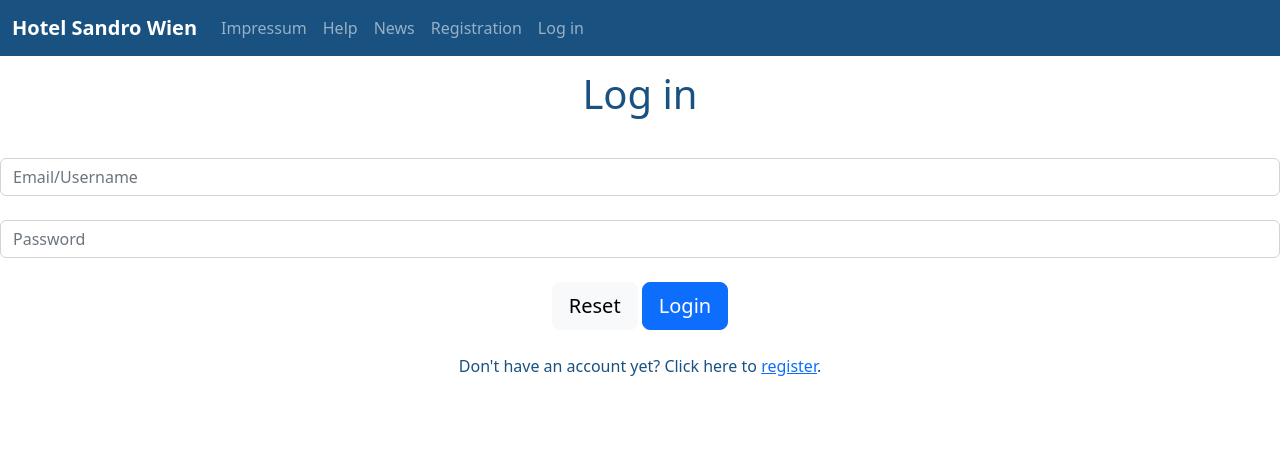
Repository: TIS0N/Hotel_Sandro
Page: http://localhost/pages/login.php
These files come from the project's save history. The page is drawn as it stood at one moment and after the next save; the edit follows.
The browser window is 1280 px wide. The pictures show the whole page.
The page is run by PHP 8.4 with error messages shown; the project is at /var/www/html/.

Above is the page before, as saved 2023-01-15 23:48:56.

### pages/login.php
<!DOCTYPE html>
<html lang="en">
<head>
    <meta charset="UTF-8">
    <meta http-equiv="X-UA-Compatible" content="IE=edge">
    <meta name="viewport" content="width=device-width, initial-scale=1.0">
    <link href="https://cdn.jsdelivr.net/npm/bootstrap@5.2.2/dist/css/bootstrap.min.css" rel="stylesheet" integrity="sha384-Zenh87qX5JnK2Jl0vWa8Ck2rdkQ2Bzep5IDxbcnCeuOxjzrPF/et3URy9Bv1WTRi" crossorigin="anonymous">
    <script src="https://cdn.jsdelivr.net/npm/bootstrap@5.2.2/dist/js/bootstrap.bundle.min.js" integrity="sha384-OERcA2EqjJCMA+/3y+gxIOqMEjwtxJY7qPCqsdltbNJuaOe923+mo//f6V8Qbsw3" crossorigin="anonymous"></script>
    <link rel="stylesheet" href="../res/css/stylesheet.css">
    <title>Hotel Sandro Wien - Log In</title>
</head>
<body id="body">

<?php
include "../inc/navigation.php";
?>
    <section class="login-form">
        <h1>Log in</h1><br>
        <form role="form" action="../inc/login.inc.php" method="post">
            <h5 class="text-center"></h5>
            <input type="username" class="form-control" name="usersUid" placeholder="Email/Username"></br>
            <input type="password" class="form-control" name="pwd" placeholder="Password"><br>
            <button class="btn btn-lg btn-light btn-block" type="reset" name="reset">Reset</button>
            <button class="btn btn-lg btn-primary btn-block" type="submit" name="submit">Login</button>
        </form>

        <?php
            if(isset($_GET["error"])){
                if($_GET["error"] == "emptyinput"){
                    echo "<p>Fill in all fields</p>";
                }
                else if($_GET["error"] == "wronglogin"){
                    echo "<p>Incorrect login information!</p>";
                }
            }
        ?>

        <br><p>Don't have an account yet? Click here to <a href="registration.php">register</a>.</p>

    </section>

<?php
include "footer.php";
?>

</body>
</html>

### inc/navigation.php
<?php
    if(file_exists("./index.php")){
        $includePath = ".";
    }
    else{
        $includePath = "..";
    }

    include_once "$includePath/config/dbaccess.php";
?>

<div id="navBar">
        <nav class="navbar fixed-top navbar-expand-lg navbar-dark" style="background-color: #195181;">
            <div class="container-fluid">
                <a class="navbar-brand" href= <?php echo "$includePath/index.php"?> style="color: rgb(255, 255, 255);"><strong>Hotel Sandro Wien</strong></a>
                <button class="navbar-toggler" type="button" data-bs-toggle="collapse" data-bs-target="#navbarNav" aria-controls="navbarNav" aria-expanded="false" aria-label="Toggle navigation">
                    <span class="navbar-toggler-icon"></span>
                </button>
                <div class="collapse navbar-collapse" id="navbarNav">
                    <ul class="navbar-nav">
                        <li class="nav-item">
                            <a class="nav-link"href= <?php echo "$includePath/pages/impressum.php"?> class="navbar-brand">Impressum</a>
                        </li>
                        <li class="nav-item">
                            <a class="nav-link" href=<?php echo "$includePath/pages/help.php"?> class="navbar-brand">Help</a>
                        </li>
                        <li class="nav-item">
                            <a class="nav-link" href=<?php echo "$includePath/pages/news.php"?> class="navbar-brand">News</a>
                        </li>

                        <?php
                        if(isset($_SESSION["useruid"])){
                            $userID = "SELECT id FROM users";
                            echo "<li class='nav-item'><a class='nav-link' href=" . "$includePath/pages/profile.php" . " class='navbar-brand'>Profile</a></li>";
                            echo "<li class='nav-item'><a class='nav-link' href=" . "$includePath/inc/logout.inc.php" . " class='navbar-brand'>Log out</a></li>";
                        }else{
                            echo "<li class='nav-item'><a class='nav-link' href=" . "$includePath/pages/registration.php" . " class='navbar-brand'>Registration</a></li>";
                            echo "<li class='nav-item'><a class='nav-link' href=" . "$includePath/pages/login.php" . " class='navbar-brand'>Log in</a></li>";
                        }
                        ?>

                    </ul>
                </div>
            </div>
        </nav>
    </div>

### config/dbaccess.php
<?php
    $host = "localhost";
    $username = "root";
    $password = "";
    $database = "hotelsandrodb";

    $conn=mysqli_connect($host, $username, $password, $database);

    if(!$conn){
        die("Connection failed: ".mysqli_connect_error());
    }
?>

### pages/footer.php
<footer class="bg text-white text-center justify-content-center fixed-bottom" style="color:#195181;">
      <div class="container">
        <p class="lead">Copyright &copy; 2022 Hotel Sandro Wien</p>

        <a href="index.php" class="position-absolute bottom-0 end-0 p-5">
          <i class="bi bi-arrow-up-circle h1"></i>
        </a>
      </div>
    </footer>

### res/css/stylesheet.css
body{
    /*background-color: rgb(63, 72, 84);*/
    background-color: white;
    color: #195181;
    padding-top: 70px;
    padding-bottom: 70px;
    text-align: center;
    /*font-family: cursive;*/
}

#hotelSandroPhoto{
    width: 600px;
    max-width: 100%;
    aspect-ratio: 4/3;
}

#formular{
    background-color: #195181;
    /*border-radius: 10px;*/
    border-color: rgb(255, 255, 255);
    border-style: double;
}

table{
    font-family: arial, sans-serif;
  border-collapse: collapse;
  width: 100%;
}

td, th {
  border: 1px solid #dddddd;
  text-align: left;
  padding: 8px;
}

tr:nth-child(even) {
  background-color: #dddddd;
}

#registration-form{
    padding-left: 600px;
    padding-right: 600px;

}

After the next save:
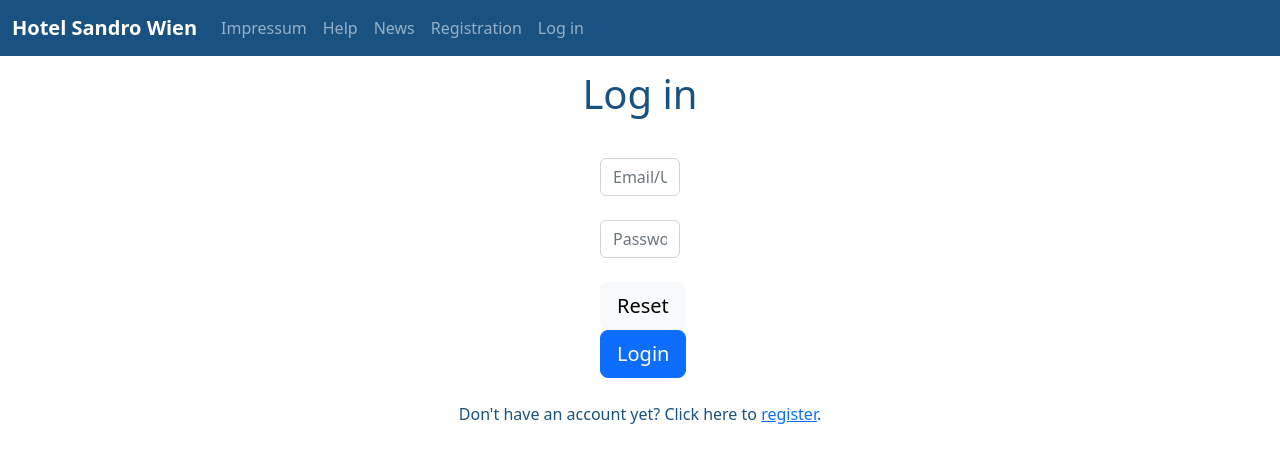
Saved 65 s later.
--- a/pages/login.php
+++ b/pages/login.php
@@ -16,7 +16,7 @@ include "../inc/navigation.php";
 ?>
     <section class="login-form">
         <h1>Log in</h1><br>
-        <form role="form" action="../inc/login.inc.php" method="post">
+        <form role="form" id="registration-form" action="../inc/login.inc.php" method="post">
             <h5 class="text-center"></h5>
             <input type="username" class="form-control" name="usersUid" placeholder="Email/Username"></br>
             <input type="password" class="form-control" name="pwd" placeholder="Password"><br>
